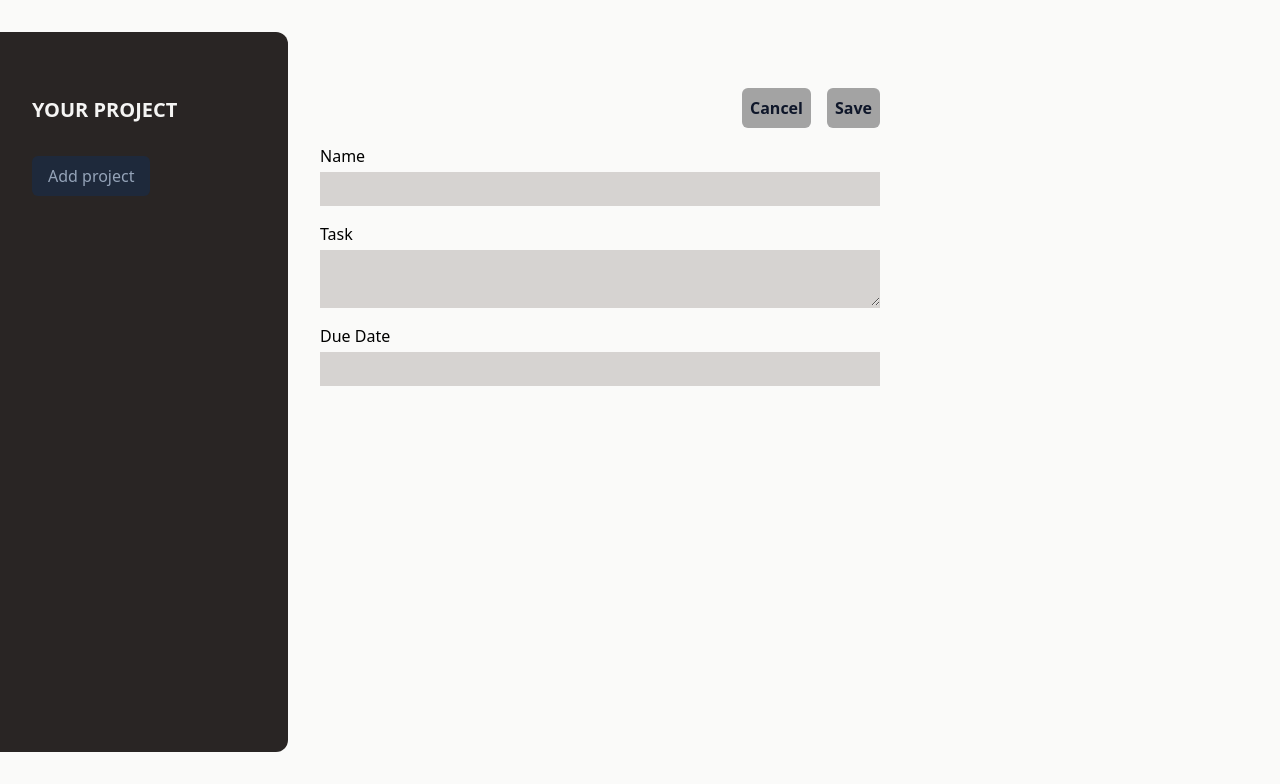
Repository: sibi24sibi/todo-list-using-reactjs
Page: /
The author's editor kept a copy of each file at every save. The page is drawn from the files as they stood at one save, then again after the next save.
The browser window is 1280 px wide. The pictures show the whole page.
The project was rebuilt for these pictures with package versions that can differ from the ones it lists, and the page was loaded fresh each time. Also part of the build but not shown: vite.config.js.

Above is the page before, as saved 2024-06-24 12:22:06.

### src/App.jsx
import NewPoject from "./assets/Components/Input/NewProjects";
import SideBar from "./assets/Components/SideBar/SideBar";

function App() {
  return (
    <>
      <main className="h-screen my-8 flex gap-8">
        <SideBar />
        <NewPoject />
      </main>
    </>
  );
}

export default App;

### src/assets/Components/Input/NewProjects.jsx
import Input from "./Input";

export default function NewPoject() {
  return (
    <div className=" w-[35rem] mt-10">
      <menu className="flex items-center justify-end  gap-4 my-4">
        <li>
          <button className="p-2 bg-neutral-400 font-semibold text-slate-900 rounded-md   hover:text-slate-800 hover:bg-red-400 ">
            Cancel
          </button>
        </li>
        <li>
          <button className="p-2 bg-neutral-400 font-semibold text-slate-900 rounded-md hover:text-slate-500 hover:bg-lime-400">
            Save
          </button>
        </li>
      </menu>
      <div>
        <Input label="Name" textarea={false} />
        <Input label="Task" textarea />
        <Input label="Due Date" textarea={false} />
      </div>
    </div>
  );
}

### src/assets/Components/SideBar/SideBar.jsx
export default function SideBar() {
  return (
    <aside className="w-1/3 px-8 py-16 bg-stone-800 text-stone-50 md:w-72 rounded-r-xl">
      <h2 className="mb-8 font-bold uppercase md:text-xl text-stone-100">
        your project
      </h2>
      <div>
        <button className="px-4 py-2 text-slate-400 hover:text-slate-900 md:text-base rounded-md bg-slate-800 hover:bg-slate-400">
          Add project
        </button>
      </div>
      <ul></ul>
    </aside>
  );
}

### src/assets/Components/Input/Input.jsx
export default function Input({ label, textarea, ...props }) {
  const inputClasses =
    "text-stone-600 focus:outline-none focus:border-stone-600 w-full p-1 border-b-2 border-stone-300  bg-stone-300";
  return (
    <div className="flex flex-col gap-1 my-4  ">
      <label className="font-normal">{label}</label>
      {textarea ? (
        <textarea className={inputClasses} {...props}></textarea>
      ) : (
        <input className={inputClasses} {...props}></input>
      )}
    </div>
  );
}

Loaded but not shown: index.html (common file); src/main.jsx (common file); src/index.css (common file); tailwind.config.js (common file)

After the next save:
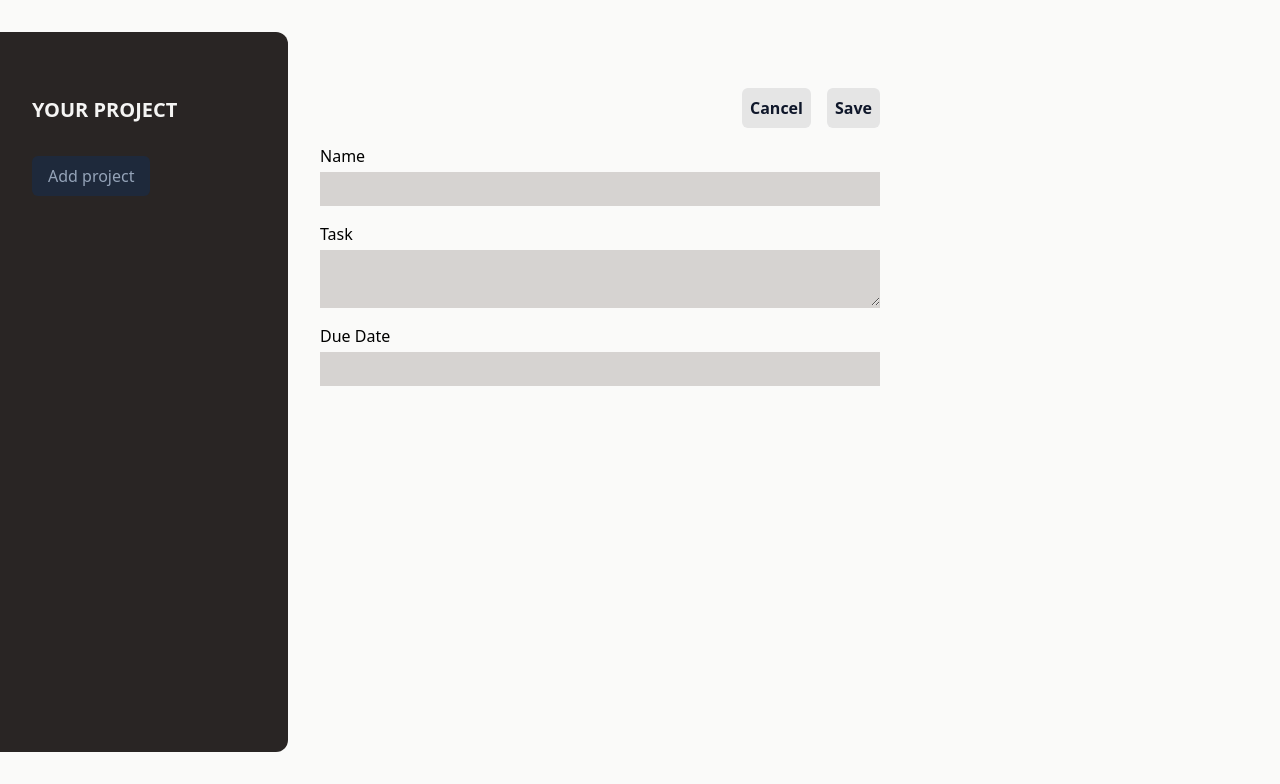
Saved 1 s later.
--- a/src/assets/Components/Input/NewProjects.jsx
+++ b/src/assets/Components/Input/NewProjects.jsx
@@ -5,12 +5,12 @@ export default function NewPoject() {
     <div className=" w-[35rem] mt-10">
       <menu className="flex items-center justify-end  gap-4 my-4">
         <li>
-          <button className="p-2 bg-neutral-400 font-semibold text-slate-900 rounded-md   hover:text-slate-800 hover:bg-red-400 ">
+          <button className="p-2 bg-neutral-200 font-semibold text-slate-900 rounded-md   hover:text-slate-800 hover:bg-red-400 ">
             Cancel
           </button>
         </li>
         <li>
-          <button className="p-2 bg-neutral-400 font-semibold text-slate-900 rounded-md hover:text-slate-500 hover:bg-lime-400">
+          <button className="p-2 bg-neutral-200 font-semibold text-slate-900 rounded-md hover:text-slate-500 hover:bg-lime-400">
             Save
           </button>
         </li>
